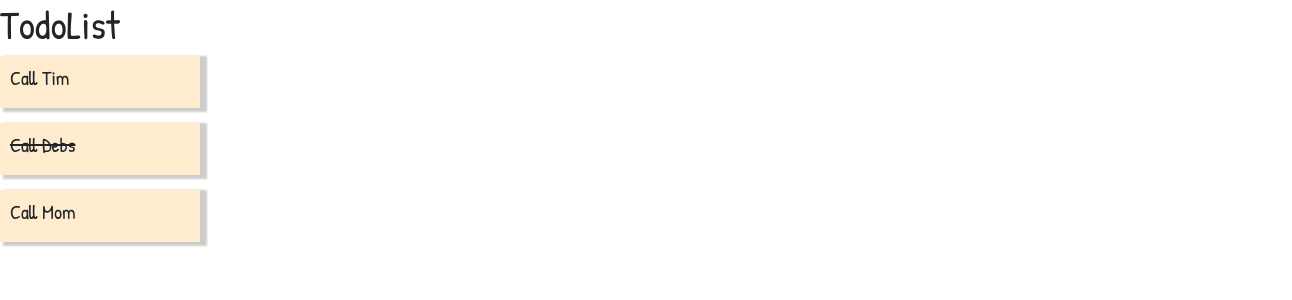
Repository: latenightsnacc/React-Projects
Page: /about (app in todolist/)
The author's editor kept a copy of each file at every save. The page is drawn from the files as they stood at one save, then again after the next save.
The browser window is 1280 px wide. The page is 1280 px wide, then 1292 px, so the pictures cover 1292 px, including what lies to the right of the window. The pictures show the whole page.
The project was rebuilt for these pictures with package versions that can differ from the ones it lists, and the page was loaded fresh each time.

Above is the page before, as saved 2020-07-02 11:24:30.

After the next save:
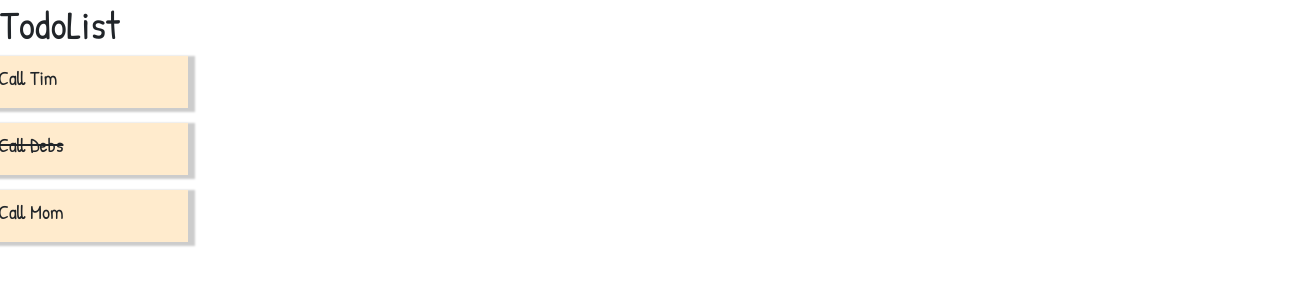
Saved 18 s later.
--- a/todolist/src/components/TodoItem.js
+++ b/todolist/src/components/TodoItem.js
@@ -17,7 +17,7 @@ class TodoItem extends Component {
     render() {
         return (
             <>
-                <div className="list">
+                <div className="wrap row">
                     <div style={this.getStyle()}>
                         <h5> {this.props.task. title} </h5>
                     </div>
